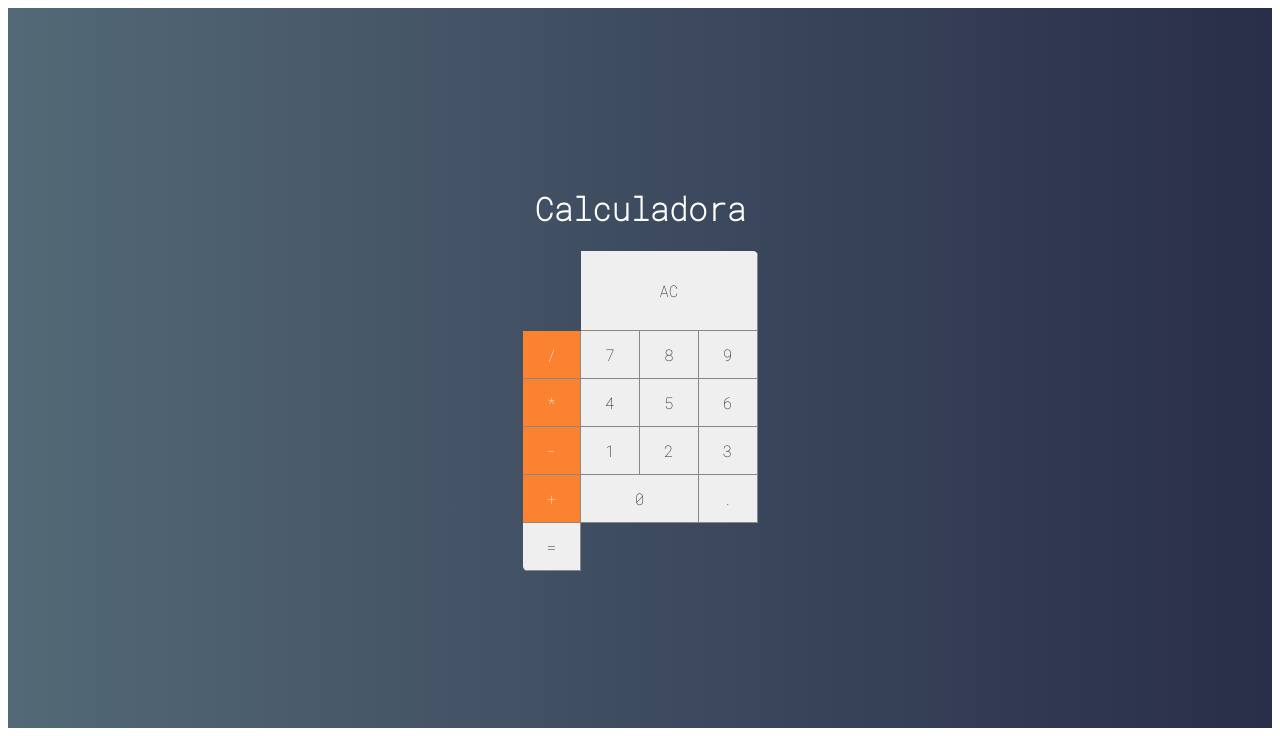
Repository: wgpena/calculadoraVue
Page: /
An editor plug-in stored every save of this project. The page is shown before and after the next save, followed by the edit.
The browser window is 1280 px wide. The pictures show the whole page.
The project was rebuilt for these pictures with package versions that can differ from the ones it lists, and the page was loaded fresh each time.

Above is the page before, as saved 2019-04-11 13:49:49.

After the next save:
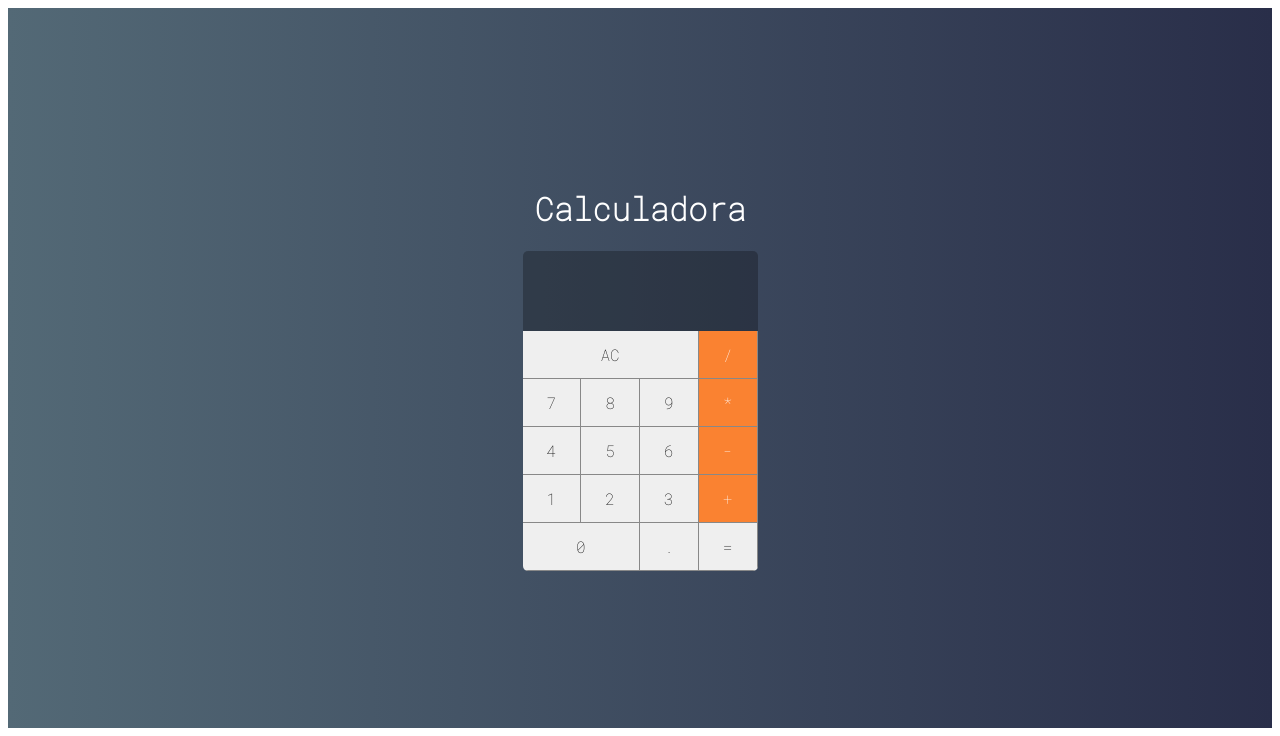
Saved 69 s later.
--- a/src/components/Display.vue
+++ b/src/components/Display.vue
@@ -12,4 +12,10 @@ export default {
 
 <style>
 
+.display {
+    grid-column: span 4;
+    background-color: #0004;
+    display: flex;
+}
+
 </style>
